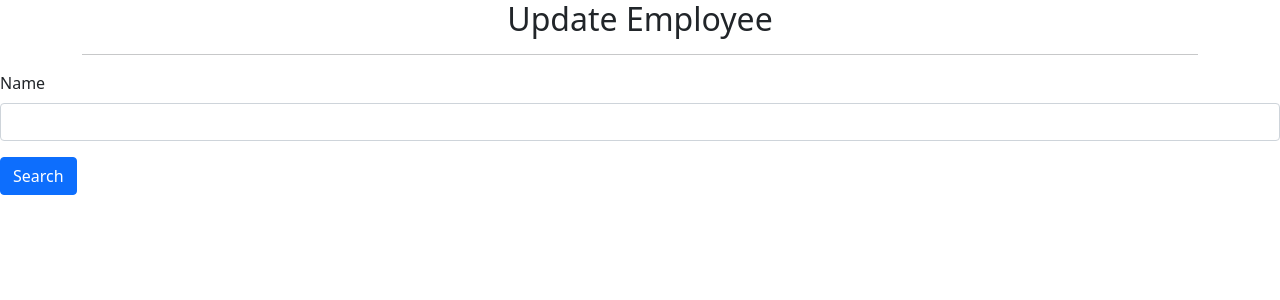
Repository: bhatideepak599/JspServlets
Page: http://localhost/10-student-mvc-db/search-Employee-by-name.jsp
The author's editor kept a copy of each file at every save. The page is drawn from the files as they stood at one save, then again after the next save.
The browser window is 1280 px wide. The pictures show the whole page.
The page is served by Tomcat 9.

Above is the page before, as saved 2024-07-19 03:41:48.

After the next save:
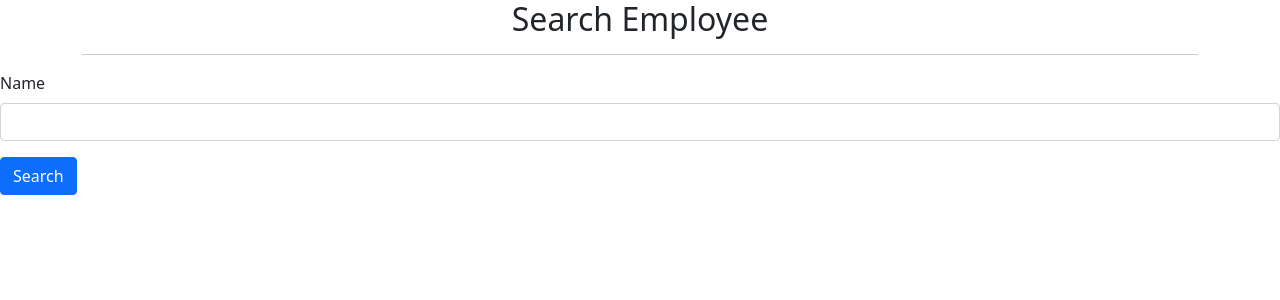
Saved 42 s later.
--- a/10-student-mvc-db/WebContent/search-Employee-by-name.jsp
+++ b/10-student-mvc-db/WebContent/search-Employee-by-name.jsp
@@ -20,7 +20,7 @@
 
 		<div class="text-center">
 
-			<p class="h2">Update Employee</p>
+			<p class="h2">Search Employee</p>
 
 		</div>
 		<hr>
